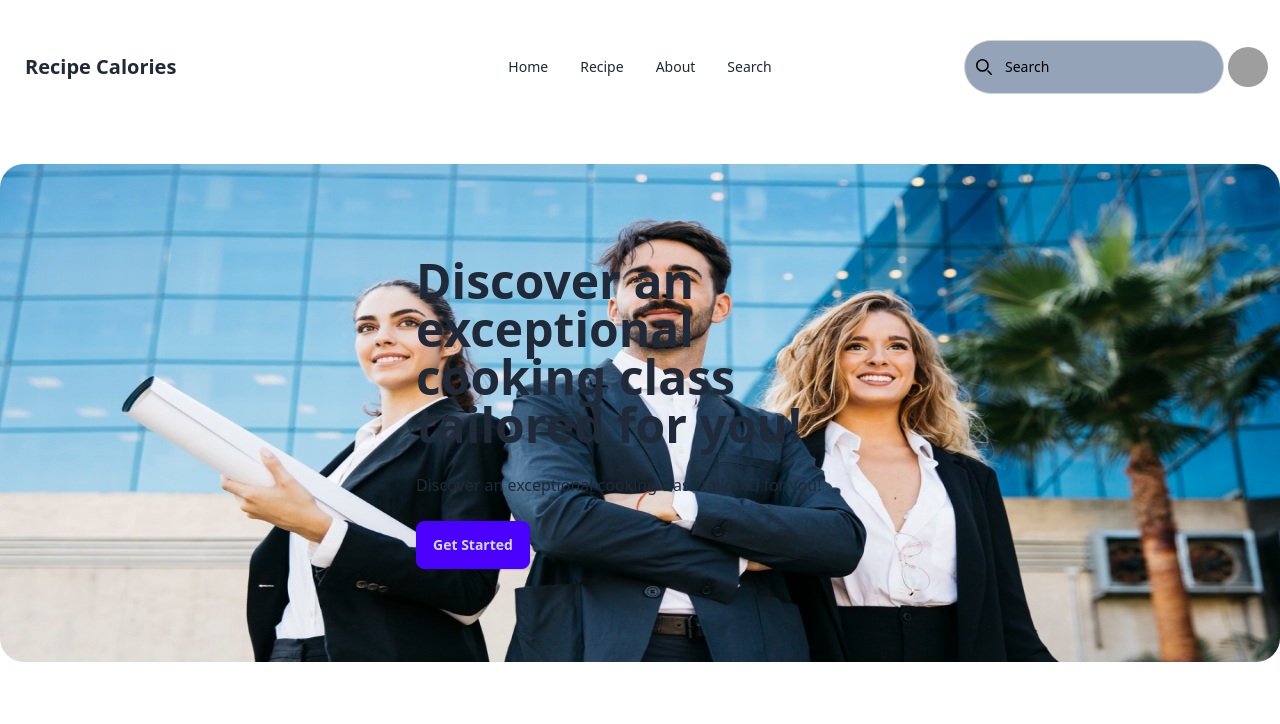
Repository: RudrasahaDibos/Chefs-table
Page: /
The author's editor kept a copy of each file at every save. The page is drawn from the files as they stood at one save, then again after the next save.
The browser window is 1280 px wide. The pictures show the whole page.
Pictures or frames that could not be fetched are drawn as grey boxes. The project was rebuilt for these pictures with package versions that can differ from the ones it lists, and the page was loaded fresh each time. Also part of the build but not shown: vite.config.js, src/App.css.

Above is the page before, as saved 2024-12-19 09:48:12.

After the next save:
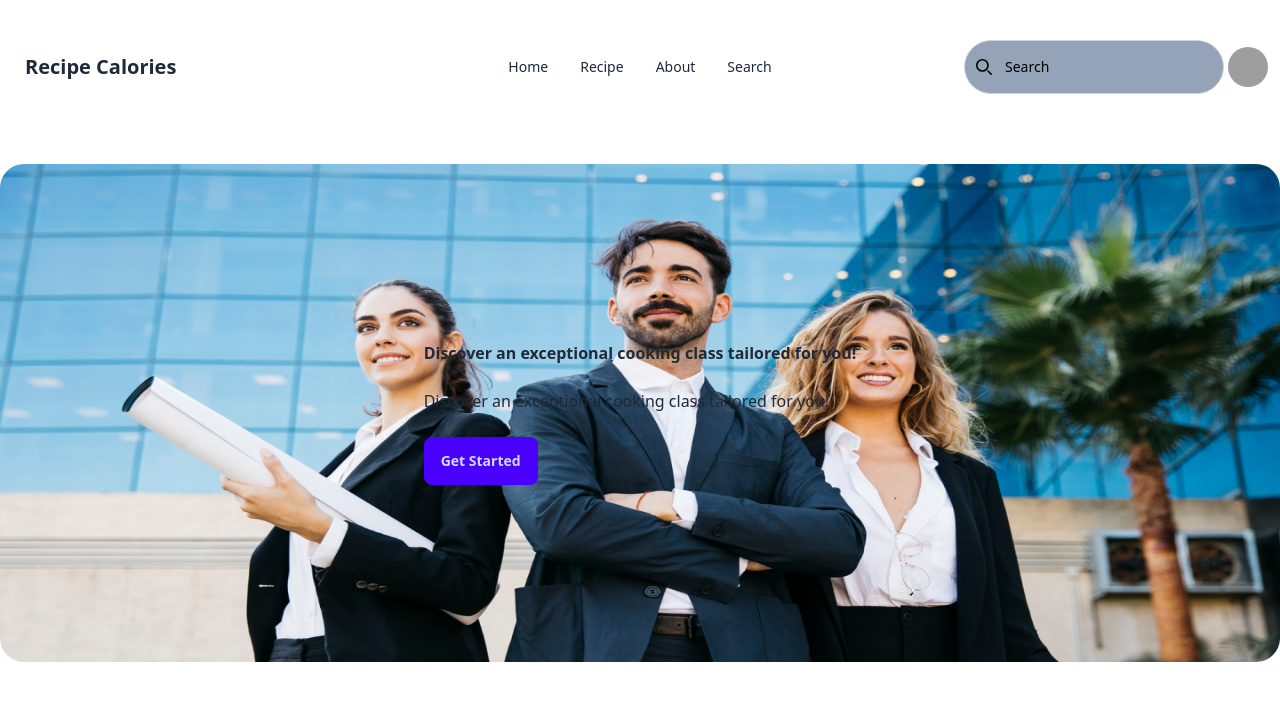
Saved 7 s later.
--- a/src/Component/Banner/Banner.jsx
+++ b/src/Component/Banner/Banner.jsx
@@ -7,7 +7,7 @@ const Banner = () => {
      <img src={img} alt="" className='h-4/5 w-full rounded-3xl' />
   <div className="hero-content ">
     <div className="max-w-md">
-      <h1 className="text-5xl font-bold">Discover an exceptional cooking class tailored for you!</h1>
+      <h1 className="text-xxl font-bold">Discover an exceptional cooking class tailored for you!</h1>
       <p className="py-6">
       Discover an exceptional cooking class tailored for you!
       </p>
